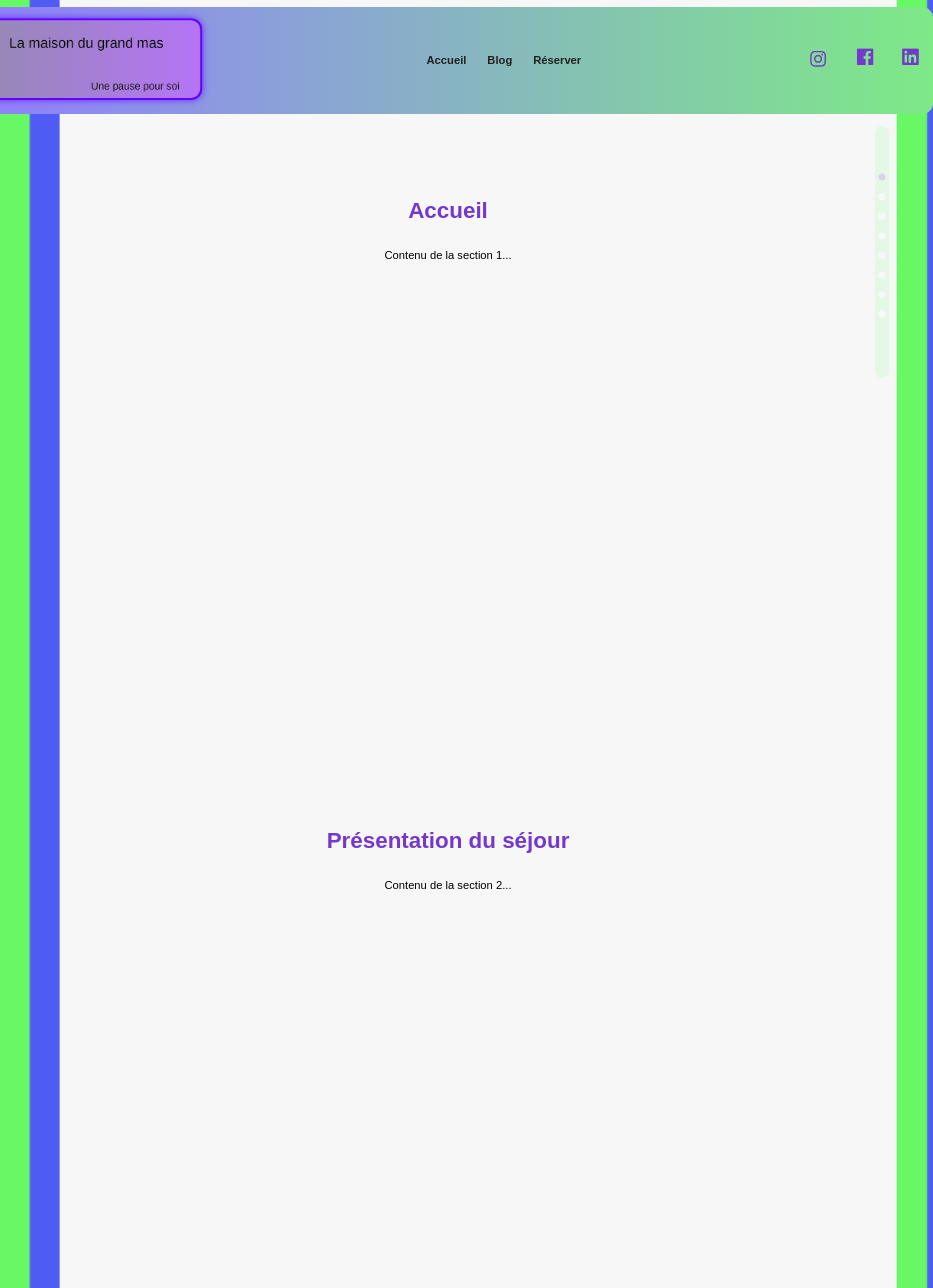
Repository: Crosnierpaul/Les_Rangers_de_Pouvoir
Page: http://localhost/
These files come from the project's save history. The page is drawn as it stood at one moment and after a run of saves; the edit follows.
The browser window is 1280 px wide. The page is 1333 px wide, so the pictures cover 1333 px, including what lies to the right of the window. The pictures show the part of the page from y = 0 to 1840 px (the page is 7373 px tall), at 70% of full size.
Backgrounds fixed to the window are drawn as part of the page. The page is served by the project's Node server (site/server.js). Other server files are loaded and not shown.

Above is the page before, as saved 2024-05-07 16:25:12.

### site/public/views/index.ejs
<!DOCTYPE html>
<html lang="en">
<head>
    <meta charset="UTF-8">
    <meta name="viewport" content="width=device-width, initial-scale=1.0">

    <title>Accueil</title>
    <link rel="stylesheet" href="/css/style.css">
</head>
<body>
    <%- include('navbar') %>


    <div class="navbarHori">
        <a href="#Accueil" data-section="Accueil"><span></span></a>
        <a href="#Présentation du séjour" data-section="Présentation du séjour"><span></span></a>
        <a href="#Présentation de Marie" data-section="Présentation de Marie"><span></span></a>
        <a href="#Alimentation" data-section="Alimentation"><span></span></a>
        <a href="#Activité physique" data-section="Activité physique"><span></span></a>
        <a href="#Stress" data-section="Stress"><span></span></a>
        <a href="#Plaisir" data-section="Plaisir"><span></span></a>
        <a href="#Social" data-section="Social"><span></span></a>
    </div>

    <div id="Accueil" class="section">
        <h1>Accueil</h1>
        <p>Contenu de la section 1...</p>
    </div>

    <div id="Présentation du séjour" class="section">
        <h1>Présentation du séjour</h1>
        <p>Contenu de la section 2...</p>
    </div>

    <div id="Présentation de Marie" class="section">
        <h1>Présentation de Marie</h1>
        <p>Contenu de la section 3...</p>
    </div>

    <div id="Alimentation" class="section">
        <h1>Alimentation</h1>
        <p>Contenu de la section 1...</p>
    </div>

    <div id="Activité physique" class="section">
        <h1>Activité physique</h1>
        <p>Contenu de la section 2...</p>
    </div>

    <div id="Stress" class="section">
        <h1>Stress</h1>
        <p>Contenu de la section 3...</p>
    </div>

    <div id="Plaisir" class="section">
        <h1>Plaisir</h1>
        <p>Contenu de la section 2...</p>
    </div>

    <div id="Social" class="section">
        <h1>Social</h1>
        <p>Contenu de la section 3...</p>
    </div>
    <script src="/js/script.js"></script>

</body>
</html>

### site/public/css/style.css

body {
    font-family: Arial, sans-serif;
    margin: 20px;
    padding: 0;
    background-image: url(../images/layered-waves-haikei.png);
    background-size: cover;
    background-repeat: no-repeat;
    background-attachment: fixed;
}

h1, h2 {
    text-align: center;
    margin-bottom: 5px;
    color: #7439cc;
}


form {
    margin-bottom: 30px;
}

label {
    display: block;
    margin-bottom: 5px;
    color: #7439cc;
}

input[type="text"],
textarea,
input[type="file"] {
    width: 100%;
    padding: 10px;
    margin-bottom: 15px;
    border: 1px solid #191919;
    border-radius: 4px;
    box-sizing: border-box;
    background-color: #fbfbfb;
    color: #7439cc;
}

input[type="submit"],
button[type="submit"] {
    display: inline-block;
    background-color: #999;
    color: #fff;
    padding: 10px 20px;
    margin-bottom: 10px;
    border: none;
    border-radius: 4px;
    cursor: pointer;
}

input[type="submit"]:hover,
button[type="submit"]:hover {
    background-color: #ccc;
    color: #333;
}

#clearArticles,
#deleteArticle {
    margin-right: 10px;
}

@media (max-width: 480px) {
    #deleteArticle,
    #deleteLastArticle {
        width: 100%;
        display: block;
        margin-right: 0;
    }
}

#articlesList {
    background-color: #333;
}

/*------------------------- CONTAINER ET INFOS INFOS ACCUEIL ---------------------------------------------*/

.bordertitle {
    border-bottom: 4px solid #e9de02;
    border-top: 4px solid #e9de02;
    box-shadow: #e9de024e -5px 5px, rgba(240, 46, 170, 0.3) -10px 10px, rgba(240, 46, 170, 0.2) -15px 15px, rgba(240, 46, 170, 0.1) -20px 20px, rgba(240, 46, 170, 0.05) -25px 25px;
}


.containerindex {
    display: flex;
    flex-direction: column;
    min-width: 40em;
    max-width: 120em;
    align-items: center;
    border-radius: 48px 10px 46px 10px;
    -webkit-border-radius: 48px 10px 46px 10px;
    -moz-border-radius: 48px 10px 46px 10px;
    background-image: url(../images/blob-scene-haikei.png);
    background-repeat: no-repeat;
    background-size: cover;
}
.row {
    display: flex;
    justify-content: center; /* Espacement égal entre les éléments */
    width: 100%;
}

.card {
    --background: linear-gradient(to left, #7439cc 0%, #1ae42b 100%);
    max-width: 100%;
    max-height: 100%;
    padding: 5px;
    border-radius: 1rem;
    overflow: visible;
    background: #f7ba2b;
    background: var(--background);
    position: relative;
    z-index: 1;
    margin: 20px;
    margin-top: 15px;
}

.card::after {
    position: absolute;
    content: "";
    top: 30px;
    left: 0;
    right: 0;
    z-index: -1;
    height: 100%;
    width: 100%;
    transform: scale(0.8);
    filter: blur(25px);
    background: #f7ba2b;
    background: var(--background);
    transition: opacity .5s;
}

.card-info {
    --color: #f4f4f4;
    background: var(--color);
    color: var(--color);
    display: flex;
    flex-direction: column; /* Affichage en colonnes */
    justify-content: center;
    align-items: center;
    width: 100%;
    height: 100%;
    overflow: visible;
    border-radius: .7rem;
}

.card .title {
    font-weight: bold;
}

/*Hover*/
.card:hover::after {
    opacity: 0;
}

.card:hover .card-info {
    color: #f7ba2b;
    transition: color 1s;
}

/* Ajouter un espace de 25px entre les deux cartes du haut */
.row:first-child .col-6 {
    margin-right: 25px;
}

/* Centrer la carte du bas */
.row:last-child {
    justify-content: center;
}

.row {
    display: flex;
    justify-content: center;
    width: 100%;
    flex-direction: row;
    flex-wrap: nowrap;
    align-content: center;
    align-items: center;
}


/*------------------------- ONEPAGE ---------------------------------------------*/

body {
    font-family: Arial, sans-serif;
    margin: 0;
    padding: 0;
    box-sizing: border-box;
    overflow-x: hidden; /* Empêche le défilement horizontal d'apparaître */
}

.navbarHori {
    position: fixed;
    top: 50%; /* Positionne la barre de navigation à 50% du haut de la fenêtre */
    transform: translateY(-50%); /* Déplace la barre de navigation vers le haut de moitié de sa propre hauteur */
    right: 10px; /* Ajoute un espace à droite pour éviter le chevauchement avec la barre de défilement */
    width: 20px; /* Largeur réduite de la barre de navigation */
    height: calc(100vh - 50vh); /* Hauteur de la barre de navigation (100% de la hauteur moins 50% de la hauteur) */
    background-color: rgb(156, 255, 164);
    display: flex;
    flex-direction: column;
    align-items: center;
    justify-content: center;
    border-radius: 15px;
    opacity: 0.2; /* Définit l'opacité initiale à 0 (invisible) */
    transition: opacity 0.3s ease; /* Ajoute une transition sur l'opacité */
}

.navbarHori:hover {
    opacity: 1; /* Rend la barre de navigation visible au survol */
}

.navbarHori a {
    text-decoration: none;
    margin-bottom: 18px; /* Réduit légèrement l'espacement entre les points */
    width: 10px; /* Largeur réduite du point */
    height: 10px; /* Hauteur réduite du point */
    border-radius: 50%; /* Pour rendre le point rond */
    background-color: #fff;
    display: flex;
    align-items: center;
    justify-content: center;
    transition: transform 0.2s ease; /* Ajoute une transition sur la propriété transform */
}

.navbarHori a:hover {
    transform: scale(0.9); /* Réduit légèrement la taille du point au survol */
}

.navbarHori a:active {
    transform: scale(0.8); /* Réduit davantage la taille du point lorsque pressé */
    /* background-color: #666; /* Change la couleur de fond du point lorsque pressé */
    opacity: 0;
}

.baniere {
    display: flex;
    flex-direction: column;
    align-items: center;
    justify-content: center;
    padding: 50px;
    margin: 1em;
    background-image: url(https://www.barnes-international.com/images/titres_personnalises/-titre-lhYBl.jpg);
    height: 60vh;
    border-radius: 1em;
}

.section {
    display: flex;
    flex-direction: column;
    align-items: center;
    padding: 50px;
    margin-top: 80px;
    /* background-image: url(https://img.freepik.com/vecteurs-premium/fond-remplissage-motif-repetition-sans-soudure_74869-1234.jpg?size=626&ext=jpg&ga=GA1.1.1413502914.1713571200&semt=ais); */
    /* --background: linear-gradient(to bottom, #ffffff 0%, #999999 100%);
    background: var(--background); */
    background-color: #eeeeee00;
    max-height: 400vh;
    min-height: 100vh;
}

.section h1 {
    text-align: center;
    margin-top: -20px;
    margin-bottom: 20px;
    color : #7439cc;
}

.section ul {
    list-style-type: none;
    padding: 0;
    margin: 0;
}

.section ul li {
    margin-right: 1em;
    margin-left: 1em;
    position: relative;
    padding-left: 20px;
    margin-bottom: 8px;
    font-size: 18px; /* Taille de texte ajustée */
    line-height: 1.6;
    color: #7439cc;
    font-family: "Arial", sans-serif; /* Changement de police */
}

/* Affiche la section correspondante lorsqu'un point est survolé */
.navbarHori a:hover::before {
    content: attr(data-section); /* Affiche le nom de la section */
    position: absolute;
    right: 180%; /* Positionne le texte à gauche de la barre de navigation */
    background-color: rgba(255, 255, 255, 0.9); /* Couleur de fond du texte */
    padding: 5px;
    border-radius: 5px;
    font-size: 14px;
    white-space: nowrap;
}

@media (max-width: 768px) { /* Ajout de la règle media query pour les tailles de vue inférieures à 768px, qui est généralement utilisée pour les tablettes et les téléphones */
    .navbarHori {
        position: fixed;
        top: 50%;
        transform: translateY(-50%); /* Déplace la barre de navigation vers le haut de moitié de sa propre hauteur */
        height: auto;
        transform: none; /* Supprime la transformation de translation */
        opacity: 1; /* Rend la barre de navigation toujours visible */
        background-color: rgb(156, 255, 164); /* Couleur de fond */
    }

    .navbarHori:hover,
    .navbarHori a:hover,
    .navbarHori a:active {
        transform: none; /* Supprime la transformation au survol ou à l'activation */
        opacity: 1; /* Rend la barre de navigation toujours visible */
    }

    .navbarHori a::before {
        display: none; /* Cache le texte de section avant le survol */
    }
}

#articlesList div {
    background-color: #f9f9f9;
    border-radius: 1em;
    margin: 1em;
    padding-top: 2vh;
    padding-bottom: 2vh;
    padding-left: 5vh;
    padding-right: 5vh;
}

#articlesList p, #articlesList h2 {
    color: #7439cc;
}

#articlesList {
    background-color: transparent;
}

### site/public/css/navbar.css
.start-header {
	opacity: 1;
	transform: translateY(0);
	padding: 20px 0;
	box-shadow: 0 10px 30px 0 rgba(138, 155, 165, 0.15);
	-webkit-transition : all 0.3s ease-out;
	transition : all 0.3s ease-out;
}

.start-header.scroll-on {
	box-shadow: 0 5px 10px 0 rgba(138, 155, 165, 0.15);
	padding: 10px 0;
	-webkit-transition : all 0.3s ease-out;
	transition : all 0.3s ease-out;
}

.start-header.scroll-on .navbar-brand img{
	height: 24px;
	-webkit-transition : all 0.3s ease-out;
	transition : all 0.3s ease-out;
}

.navigation-wrap{
	position: fixed;
	width: 100%;
	top: 0;
	left: 0;
	z-index: 1000;
	-webkit-transition : all 0.3s ease-out;
	transition : all 0.3s ease-out;
}

.navbar {
    padding: 10px 0;
    display: flex;
    justify-content: center;
	margin-left: 1em;
  	margin-right: 1em;
}

.navbar-toggler {
	float: right;
	border: none;
	padding-right: 0;
	padding-left: 0;
}

.navbar-toggler:active,
.navbar-toggler:focus {
	outline: none;
}

.navbar-light .navbar-toggler-icon {
	width: 24px;
	height: 17px;
	background-image: none;
	position: relative;
	border-bottom: 1px solid #000;
    transition: all 300ms linear;
}

.navbar-light .navbar-toggler-icon:after,
.navbar-light .navbar-toggler-icon:before{
	width: 24px;
	position: absolute;
	height: 1px;
	background-color: #000;
	top: 0;
	left: 0;
	content: '';
	z-index: 2;
    transition: all 300ms linear;
}

.navbar-light .navbar-toggler-icon:after{
	top: 8px;
}

.navbar-toggler[aria-expanded="true"] .navbar-toggler-icon:after {
	transform: rotate(45deg);
}

.navbar-toggler[aria-expanded="true"] .navbar-toggler-icon:before {
	transform: translateY(8px) rotate(-45deg);
}

.navbar-toggler[aria-expanded="true"] .navbar-toggler-icon {
	border-color: transparent;
}

.nav-link{
	color: #212121 !important;
	font-weight: 500;
    transition: all 200ms linear;
}

.nav-item.active .nav-link{
	color: #7439cc  !important;
}

/* LIGNE SOUS LIEN APRES SOURIS DESSUS */

.nav-link {
	position: relative;
	padding: 5px 0 !important;
	display: inline-block;
}

.nav-item:after {
	position: absolute;
	bottom: -5px;
	left: 0;
	width: 100%;
	height: 2px;
	content: '';
	background-color: #7439cc ;
	opacity: 0;
    transition: all 200ms linear;
}

/* FIN LIGNE SOUS LIEN */

.nav-item:hover:after{
	bottom: 0;
	opacity: 1;
}

.nav-item.active:hover:after{
	opacity: 0;
}

.nav-item {
    position: relative;
    transition: all 200ms linear;
    padding: 1em;
    text-align: center;
}

/* .nav-item.active .nav-link {
    color: #007bff; /* Changez cette couleur pour mettre en évidence l'élément actif
} */

.navbar-brand {
    margin-right: auto;
    margin-left: auto;
}

/* Ajoutez ces styles pour supprimer les puces des éléments li */
.navbar-nav {
    display: flex;
    justify-content: center;
    align-items: center;
    padding-left: 0; /* Supprime le décalage à gauche de la liste */
}

.navbar-nav .nav-item {
    padding: 0 15px;
    list-style: none; /* Supprime les puces */
}

.navbar-nav .nav-link {
    color: #212121 !important;
    font-weight: 500;
    transition: all 200ms linear;
}

.navbar-nav .nav-item:hover .nav-link {
    color: #7439cc !important;
}

/* Modifiez les styles des liens de navigation pour ressembler à du texte normal */
.nav-link {
    color: #212121 !important;
    font-weight: 500;
    transition: all 200ms linear;
    text-decoration: none; /* Supprime le soulignement par défaut des liens */
    cursor: pointer; /* Change le curseur en pointeur au survol */
}

.container {
	--background: linear-gradient(to right, #917dff 0%, #7ee987 100%);
    margin: 0px;
	min-height: 15vh;
	min-width: ;
	max-width: max-content;
	background: var(--background);
	border-radius: 1em;
}

.purple {
	color: #7439cc;
}

#logo {
	width: 20em;
	border: 3.5px solid #6600ff;
	border-radius: 1em;
	margin-left:  1em;
	margin-right: 19.1em;
	--background: linear-gradient(to right, #948ab1 0%, #b574f6 100%);
	background: var(--background);
	box-shadow: 0 0 10px 0 rgb(106, 43, 255);
}

#liLogo {
    list-style: none;
}

.nav-item.active:after {
	position: absolute;
	bottom: 0;
	left: 0;
	width: 100%;
	height: 2px;
	content: '';
	background-color: #7439cc ;
	opacity: 1;
}

.rs {
	margin-left: 18em;
	display: inherit;
}

.rs .nav-item {
	margin-left: 5px;
	margin-right: 5px;
}

/* Styles pour les écrans plus petits que 768px */
@media (max-width: 1000px) {
    .navbar {
        flex-direction: column; /* Afficher les éléments de la navbar en colonne */
        align-items: center; /* Centrer les éléments */
    }

    .navbar-nav {
        flex-direction: column; /* Afficher les éléments de la navbar en colonne */
        align-items: center; /* Centrer les éléments */
    }

    .navbar-toggler {
        order: -1; /* Mettre le bouton de bascule en haut */
        margin-bottom: 10px; /* Ajouter un espace entre le bouton de bascule et les liens */
    }

    .rs {
        margin-left: 0; /* Réinitialiser la marge pour les icônes de réseaux sociaux */
        text-align: center; /* Centrer les icônes de réseaux sociaux */
    }
}

/*Styles pour les écrans plus petits que 576px */
@media (max-width: 576px) {
    .navbar-brand {
        margin: 0; /* Réinitialiser la marge pour le logo */
    }

    #logo {
        width: 98.3%; /* Faire en sorte que le logo occupe toute la largeur */
        margin: 0; /* Réinitialiser la marge */
    }

    .rs {
        display: flex; /* Afficher les icônes de réseaux sociaux en ligne */
        justify-content: center; /* Centrer les icônes de réseaux sociaux */
    }

    .rs .nav-item {
        margin: 0 5px; /* Ajouter un espacement horizontal entre les icônes de réseaux sociaux */
    }
}

.tel {
	margin-top: 5px;
}

Loaded but not shown: site/public/js/script.js (55 lines, source omitted); site/server.js (72 lines, source omitted); site/public/views/navbar.ejs (81 lines, source omitted)

After the next 2 saves:
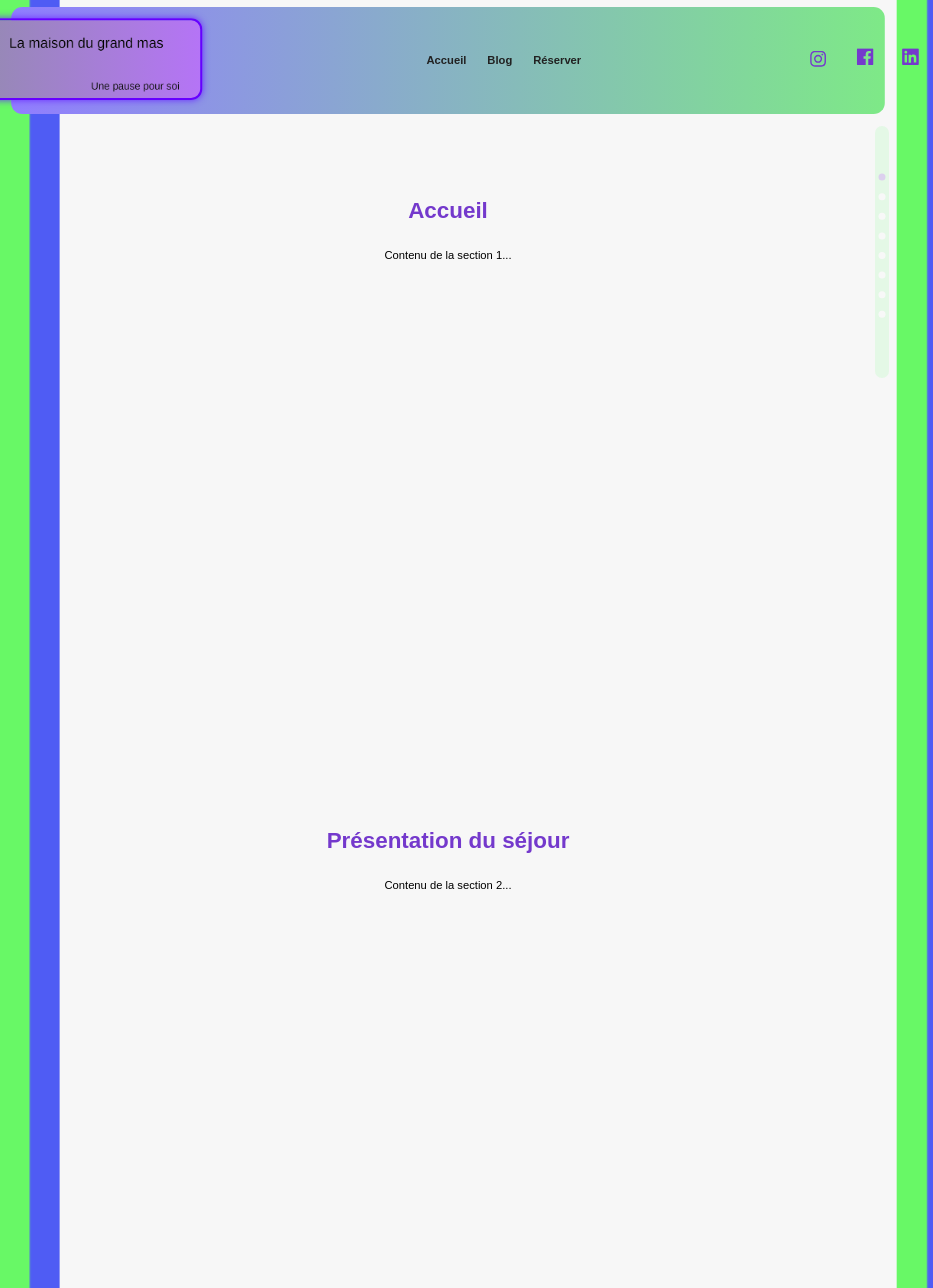
The 2 saves are shown as one change because they came seconds apart.
The last was saved 11 s later.
--- a/site/public/css/navbar.css
+++ b/site/public/css/navbar.css
@@ -181,7 +181,7 @@
 	--background: linear-gradient(to right, #917dff 0%, #7ee987 100%);
     margin: 0px;
 	min-height: 15vh;
-	min-width: ;
+	min-width: 0.8em;
 	max-width: max-content;
 	background: var(--background);
 	border-radius: 1em;
